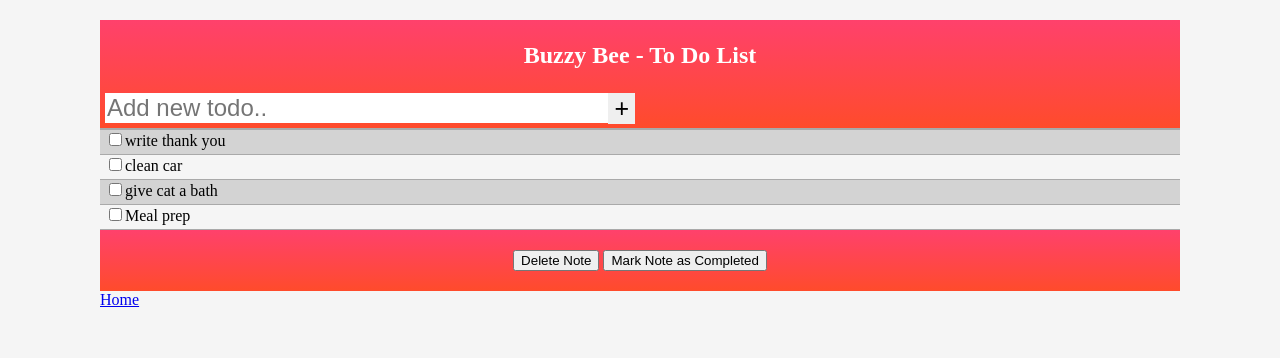
Repository: seleniadelgado/backend-spring2020-angie
Page: projects/todo/public_html/index.html
The author's editor kept a copy of each file at every save. The page is drawn from the files as they stood at one save, then again after the next save.
The browser window is 1280 px wide. The pictures show the whole page.
The page's requests for data from a server got no answer.

Above is the page before, as saved 2020-05-12 22:23:14.

### projects/todo/public_html/index.html
<!DOCTYPE html>

<html lang="en">
    <head>
        <meta charset="utf-8">
        <title>Buzzy Bee - To Do List</title>
        <meta name="description" content="The HTML5 Herald">
        <meta name="author" content="SitePoint">
        <link rel="stylesheet" href="styles.css">
        <script
            src="https://code.jquery.com/jquery-3.5.0.min.js"
            integrity="sha256-xNzN2a4ltkB44Mc/Jz3pT4iU1cmeR0FkXs4pru/JxaQ="
            crossorigin="anonymous">
        </script>
</head>
<body>
    <div class="sectionTitle">
        <div class="appTitle">
            <h2>Buzzy Bee - To Do List</h2>
        </div>
        <div id="addNote">
            <input type="text" id="newNote" placeholder="Add new todo..">
            <button id="addBtn" type="button">+</button>
        </div>
    </div>

    <ul id="myList">
        <li><label><input type="checkbox"><span>write thank you</span></label></li>
        <li><label><input type="checkbox"><span>clean car</span></label></li>
        <li><label><input type="checkbox"><span>give cat a bath</span></label></li>
        <li><label><input type="checkbox"><span>Meal prep</span></label></li>
    </ul>
    <div class="buttonsArea">
        <button type="button">Delete Note</button>
        <button type="button">Mark Note as Completed</button>
    </div>






















    <a href="http://localhost:3000/">Home</a>



    <script>
        $(document).ready(() => {
            let objectToSend = {
                note: "Do somethings",
                author: "Nick"
            }

            $.post("http://localhost:3000/newNote", objectToSend, (dataToGet) => {
                console.log(dataToGet);
            });
            $.post("http://localhost:3000/readNotes", {}, (dataToGet) => {
                let allNotesArray = dataToGet.notes;

                console.log(allNotesArray);
            })
        })

        //import the data from default user
        // make JSON into JS with parse.
        //with the list we want to populate our ul.
        //use jquery to access the dom, grab the string
        //loop over notes
        //add the note as an li to the ul
        //  Create li with jquery.
        //  target the ul with jquery and append the li.
        //note: $('<li></li>'')
        //      $('ul') -> a jquery list which holds the ul.
        //      get 1st element from the array

    </script>
</body>
</html>

### projects/todo/public_html/styles.css
:root {
    --main-color: linear-gradient(#FF416C, #FF4B2B);
    --background-color: whitesmoke;
}

html {
    background: var(--background-color);
    height: 100%;
}
* {
    box-sizing: border-box;
}
body {
    margin: 0px 100px 75px 100px;
    border: solid 5px linear-gradient(red, blue);
}

.sectionTitle {
    background: var(--main-color);
    text-align: center;
    border-bottom: 2px solid darkgray;
    margin-top: 0%;
}

.appTitle h2 {
    color: white;
    padding-top: 2%;
}
#addNote {
    display: flex;
    align-items: flex-start;
    padding: 5px;
    height: 30px;
    width: 50%;
    margin-bottom: 10px;
    font-family: 'Gill Sans', 'Gill Sans MT', Calibri, 'Trebuchet MS', sans-serif;
}
#addBtn {
    margin-left: 0%;
    font-size: 25px;
    color: none;
    border: none;
    background: light-grey;
}
#newNote {
    border: none;
    width: 100%;
    height: 150%;
    font-size: 24px;
}

#myList li:nth-child(odd) {
    background: lightgray;
  }
#myList {
    list-style: none;
    padding: 0px;
    margin-top: 0px;
    margin-bottom: 0px;
}

#myList li {
    cursor: pointer;
    height: 25px;
    border-bottom: 1px solid darkgray;
    background-color: whitesmoke;
    padding-left: 5px;
}
.buttonsArea {
    background: var(--main-color);
    text-align: center;
    padding: 20px;
}

After the next save:
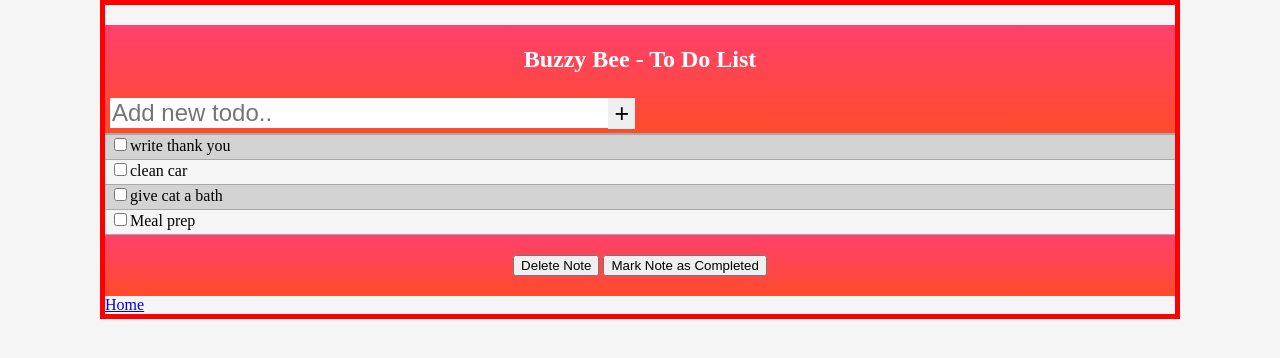
Saved 12 s later.
--- a/projects/todo/public_html/styles.css
+++ b/projects/todo/public_html/styles.css
@@ -12,7 +12,7 @@
 }
 body {
     margin: 0px 100px 75px 100px;
-    border: solid 5px linear-gradient(red, blue);
+    border: solid 5px red;
 }
 
 .sectionTitle {

After the save that followed:
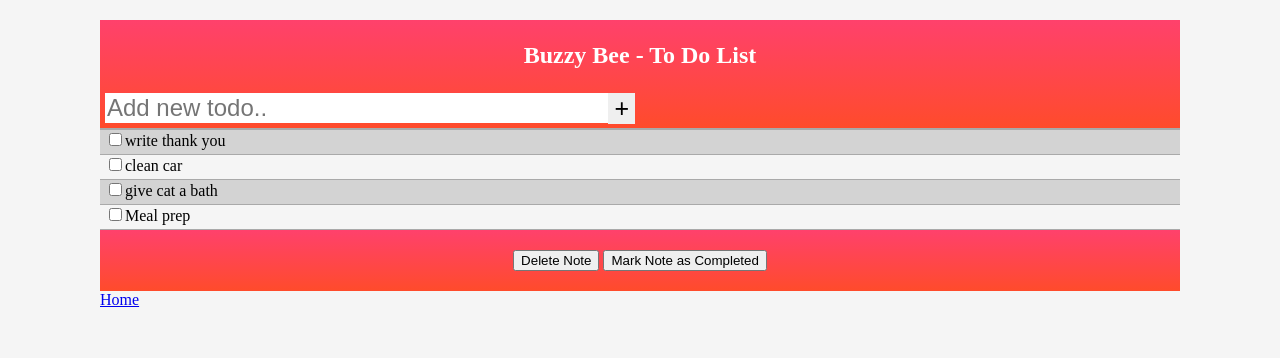
Saved 21 s later.
--- a/projects/todo/public_html/styles.css
+++ b/projects/todo/public_html/styles.css
@@ -12,7 +12,6 @@
 }
 body {
     margin: 0px 100px 75px 100px;
-    border: solid 5px red;
 }
 
 .sectionTitle {
